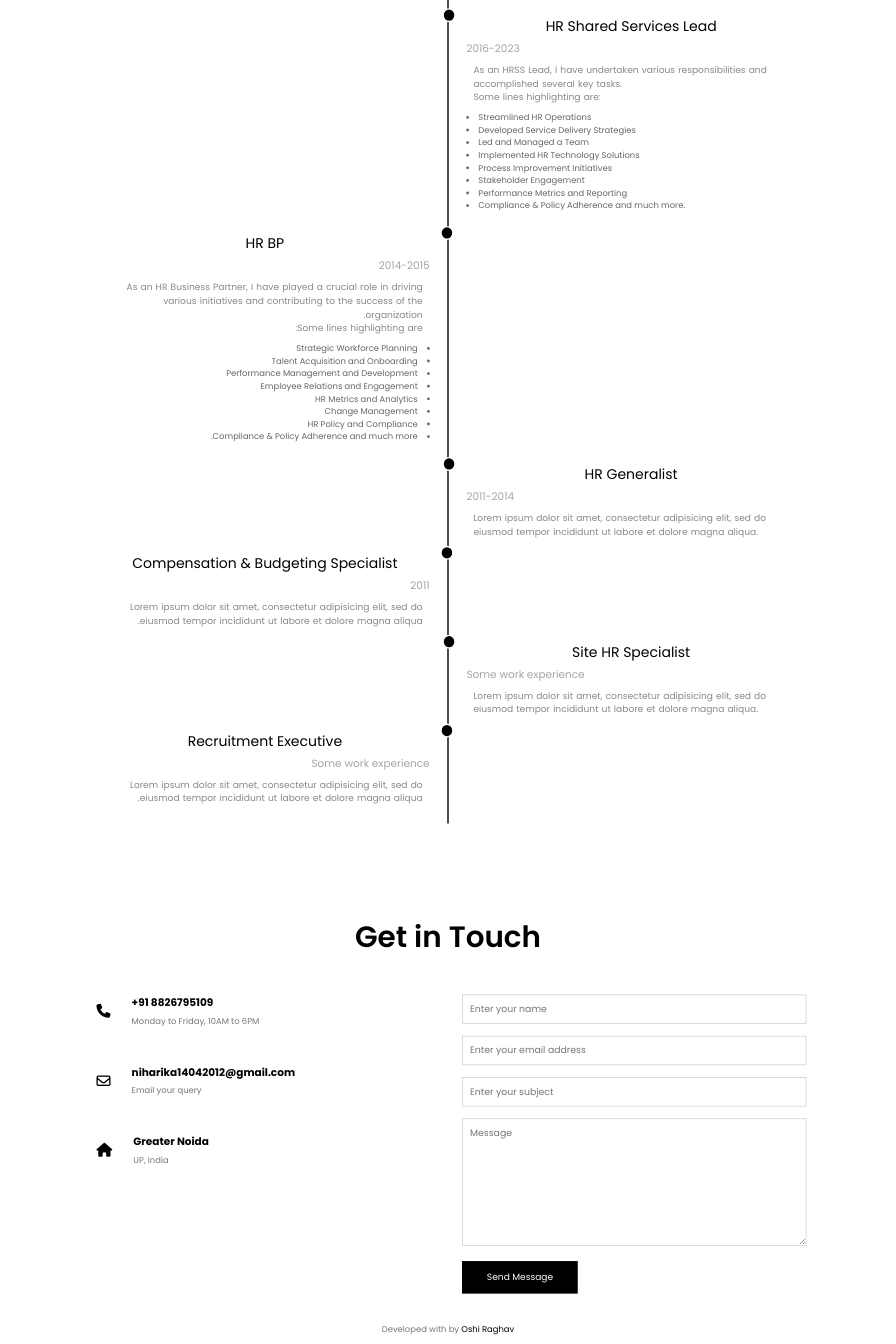
Repository: xoshiraghavx/Niharika-portfolio
Page: index.html
An editor plug-in stored every save of this project. The page is shown before and after the next save, followed by the edit.
The browser window is 1280 px wide. The pictures show the part of the page from y = 1514 to 3434 px (the page is 3434 px tall before and 3416 px after), at 70% of full size.
Some web libraries are served in a nearby version.

Above is the page before, as saved 2023-06-16 10:45:20.

### index.html
<!DOCTYPE html>
<html lang="en">
<head>
    <meta charset="UTF-8">
    <meta http-equiv="X-UA-Compatible" content="IE=edge">
    <meta name="viewport" content="width=device-width, initial-scale=1.0">
    <title>Niharika Singh | Portfolio</title>
    <link rel="stylesheet" href="../css/index.css">
    <link rel="preconnect" href="https://fonts.googleapis.com">
<link rel="preconnect" href="https://fonts.gstatic.com" crossorigin>
<link href="https://fonts.googleapis.com/css2?family=Poppins:wght@100;200;300;400;600;700&family=Righteous&display=swap" rel="stylesheet">
<link rel="stylesheet" href="https://stackpath.bootstrapcdn.com/font-awesome/4.7.0/css/font-awesome.min.css">
<link rel="stylesheet" href="./css/particle.css">
<link href="https://unpkg.com/aos@2.3.1/dist/aos.css" rel="stylesheet">
<link rel="icon" href="./img/image.jpg">

</head>
<body>
    <section class="header" id="head">
        <div id="particles-js">
        <nav>
            <div class="logo">
                <h2>NS</h2>
            </div>
            <div class="nav-links" id="navLinks">
                <i class="fa fa-times" onclick="hideMenu()"></i>
                <ul>
                    <li><a href="#head">HOME</a></li>
                    <li><a href="#about">ABOUT</a></li>
                    <li><a href="#work">WORK</a></li>
                    <li><a href="#contact">CONTACT</a></li>
                </ul>
            </div>
            <div class="social">
                    <div><a href="https://www.linkedin.com/in/niharika-singh-54130b13/" target="_blank"><i class="fa-brands fa-linkedin"></i></a></div>
                    <div><a href="https://www.facebook.com/people/Niharika-Singh/pfbid0zDJLjq1fehJWAvFLc7zkpJ6FsEs1uDxExLjwh94ZH389RFf4Q5YAZHgxJCLQanLsl/" target="_blank"><i class="fa-brands fa-facebook"></i></a></div>
                    <div><a href="https://www.instagram.com/niharika14042012/" target="_blank"><i class="fa-brands fa-instagram"></i></a></div>
            </div>
        </nav>

        <div id="home"data-aos="zoom-in" data-aos-duration="1000">
            <div class="img">
                <p style="color: #c5c1c1; font-weight: 600;">Hello, I'm</p>
            </div>
            <h1 class="hh1">NIHARIKA SINGH</h1>
            <div class="p1"data-aos="fade-in" data-aos-delay="1300"data-aos-duration="1000">
                <p>As an HR professional, I nurture a harmonious and productive workforce.</p>
            </div>
            <div class="container">
                <a href="#about">
                <div class="field" >
                    <div class="mouse"></div>
                </div>
            </a>
            </div>
    </div>
    </section>

<!-- ---------About----------------- -->
<section class="about-us" id="about">
    <div class="row1">
        <div class="about-col">
            <h1>About me</h1>
            <p>Lorem ipsum dolor sit amet consectetur adipisicing elit. Voluptates unde necessitatibus consectetur aut, quisquam at, dolorem, deleniti deserunt a error officia? Quas, quos. Nemo assumenda fugiat dolore ad illo soluta.Lorem ipsum dolor sit amet consectetur adipisicing elit. Voluptates unde necessitatibus consectetur aut, quisquam at, dolorem, deleniti deserunt a error officia? Quas, quos. Nemo assumenda fugiat dolore</p>
        </div>
    </div>
    <div class="bar">
        <div class="count">
            <div class="exp">
                <h1>17+</h1>
            </div>
            <div class="exp_name">
                <h4>Years</h4>
            </div>
        </div>
        <div class="count">
            <div class="exp">
                <h1>5</h1>
            </div>
            <div class="exp_name">
                <h4>Domain of HR</h4>
            </div>
        </div>
        <div class="count">
            <div class="exp">
                <h1>2</h1>
            </div>
            <div class="exp_name">
                <h4>Green Field Project </h4>
            </div>
        </div>
        <div class="count">
            <div class="exp">
                <h1>10+</h1>
            </div>
            <div class="exp_name">
                <h4>Processes </h4>
            </div>
        </div>
    </div>
    <div class="skills">
        <ul>
            <li>HR Shared Services setup</li>
            <li>Expat Management</li>
            <li>Global Center Setup</li>
        </ul>
        <ul>
            <li>HR Transformation & Digitization</li>
            <li>ERP enablement & Integration</li>
            <li>Process Simplification</li>
        </ul>
    </div>
    <div class="cv">
        <button><a href="./img/CV-Niharika Singh.pdf">Download CV </a><i class="fa fa-download"></i></button>
    </div>
</section>
<!-- ------------Timeline------------- -->
<section id="work">
    <h1>Work Experience</h1>
    <div class="timeline">
            <div class="timeline-block timeline-block-right">
               <div class="marker"></div>
               <div class="timeline-content">
                  <h3>HR Shared Services Lead </h3>
                  <span>2016-2023</span>
                  <p>As an HRSS Lead, I have undertaken various responsibilities and accomplished several key tasks.
                    <br>Some lines highlighting are:
                    <li>Streamlined HR Operations</li>
                    <li>Developed Service Delivery Strategies</li>
                    <li>Led and Managed a Team</li>
                    <li>Implemented HR Technology Solutions</li>
                    <li>Process Improvement Initiatives</li>
                    <li>Stakeholder Engagement</li>
                    <li>Performance Metrics and Reporting</li>
                    <li>Compliance & Policy Adherence and much more.</li>  </p>
               </div>
            </div>
            <div class="timeline-block timeline-block-left">
               <div class="marker"></div>
               <div class="timeline-content">
                  <h3>HR BP</h3>
                  <span>2014-2015</span>
                  <p>As an HR Business Partner, I have played a crucial role in driving various initiatives and contributing to the success of the organization.
                    <br>Some lines highlighting are:
                    <li>Strategic Workforce Planning</li>
                    <li>Talent Acquisition and Onboarding</li>
                    <li>Performance Management and Development</li>
                    <li>Employee Relations and Engagement</li>
                    <li>HR Metrics and Analytics</li>
                    <li>Change Management</li>
                    <li>HR Policy and Compliance</li>
                    <li>Compliance & Policy Adherence and much more.</li>  </p>
               </div>
            </div>
            <div class="timeline-block timeline-block-right">
                <div class="marker"></div>
                <div class="timeline-content">
                   <h3>HR Generalist</h3>
                   <span>2011-2014</span>
                   <p>Lorem ipsum dolor sit amet, consectetur adipisicing elit, sed do eiusmod tempor incididunt ut labore et dolore magna aliqua.</p>
                </div>
             </div>
            <div class="timeline-block timeline-block-left">
               <div class="marker"></div>
               <div class="timeline-content">
                  <h3>Compensation & Budgeting Specialist </h3>
                  <span>2011</span>
                  <p>Lorem ipsum dolor sit amet, consectetur adipisicing elit, sed do eiusmod tempor incididunt ut labore et dolore magna aliqua.</p>
               </div>
            </div>

            <div class="timeline-block timeline-block-right">
               <div class="marker"></div>
               <div class="timeline-content">
                  <h3>Site HR Specialist </h3>
                  <span>Some work experience</span>
                  <p>Lorem ipsum dolor sit amet, consectetur adipisicing elit, sed do eiusmod tempor incididunt ut labore et dolore magna aliqua.</p>
               </div>
            </div>

            <div class="timeline-block timeline-block-left">
               <div class="marker"></div>
               <div class="timeline-content">
                  <h3>Recruitment Executive </h3>
                  <span>Some work experience</span>
                  <p>Lorem ipsum dolor sit amet, consectetur adipisicing elit, sed do eiusmod tempor incididunt ut labore et dolore magna aliqua.</p>
               </div>
            </div>
    </div>
</section>
<section class="contact-us" id="contact">
    <h1>Get in Touch
    </h1>
    <div class="row">
        <div class="contact-col">
            <div>
                 <i class="fa fa-phone"></i>
                 <span>
                     <h5><a href="tel: +918178788527">+91 8826795109</a></h5>
                     <p>Monday to Friday, 10AM to 6PM</p>
                 </span>
            </div>
            <div>
                 <i class="fa fa-envelope-o"></i>
                 <span>
                     <h5><a href="mailto: niharika14042012@gmail.com ">niharika14042012@gmail.com</a></h5>
                     <p>Email your query</p>
                 </span>
            </div>
            <div>
                <i class="fa fa-home"></i>
                <span>
                    <h5><a href="https://www.google.com/maps/place/Greater+Noida,+Uttar+Pradesh/@28.4985622,77.3511809,11z/data=!3m1!4b1!4m6!3m5!1s0x390cea64b8f89aef:0xec0ccabb5317962e!8m2!3d28.4743879!4d77.5039904!16zL20vMGN3OXEy?entry=ttu" target="_blank">Greater Noida</a></h5>
                    <p>UP, India</p>
                </span>
           </div>
        </div>
        <div class="contact-col">
            <form action="https://formcarry.com/s/P6GKrEghsf" method="POST" accept-charset="UTF-8">
                <input type="text" name="name" placeholder="Enter your name" required>
                <input type="email" name="email" placeholder="Enter your email address" required>
                <input type="text" name="subject" placeholder="Enter your subject" required>
                <textarea rows="8" name="message" placeholder="Message" required></textarea>
                <button type="submit" class="hero-btn">Send Message</button>
            </form>
        </div>
    </div>
</section>
<!-- --------footer--------- -->
<section class="footer">
    <p style="text-align: center;">Developed with by <a href="https://www.linkedin.com/in/oshiraghav/" target="_blank">Oshi Raghav</a></p>
</section>

<!-- ---------------javascript----------------->
    	<script src=
		"particles.js-master/particles.js">
	</script>
	<script src=
		"/particles.js-master/demo/js/app.js">
	</script>
     <script src="https://unpkg.com/aos@2.3.1/dist/aos.js"></script>
    <script>
     AOS.init();
    </script>
    <script src="https://kit.fontawesome.com/b6191824ce.js" crossorigin="anonymous"></script>
</body>
</html>

### css/index.css
*{
    margin: 0;
    padding: 0;
    font-family: 'poppins', sans-serif;
    scroll-behavior: smooth;
}
.header{
    min-height: 100vh;
    width: 100%;
}
h3{
    color: #000;
}
nav{
    display: flex;
    padding: 1rem 0rem;
    background: #ffffff;
    justify-content: space-around;
    align-items: center;
    position: fixed;
    width: 100%;
    backdrop-filter: blur(3px);
    z-index: 2;
}
.logo{
    background: #000;
    color: #ffffff;
    border-radius: 100%;
    padding: 5pt 6pt;
}
.nav-links ul li{
    list-style: none;
    display: inline-block;
    padding: 8px 12px;
    position: relative;
}
.nav-links ul li a{
    color: #000000;
    text-decoration: none;
    font-size: 13px;
}
.nav-links ul li::after{
    content: '';
    width: 0%;
    height: 2px;
    background: #000000;
    display: block;
    margin: auto;
    transition: 0.5s;
}
.nav-links ul li:hover::after{
    width: 100%;
}
.social{
    display: grid;
    grid-template-columns: auto auto auto auto;
    column-gap: 15px;
    font-size: 1.2rem;
    color: #000000;
}
.social a{
    color: #000;
}
.social:hover{
    cursor: pointer;
}
#home{
    position: absolute;
    text-align: center;
    width: 100%;
    margin-top: 250px;
    color: #ffffff;
}
.hh1{
    font-size: 4em;
}
#home p{
    padding-top: .5rem;
    font-size: 1rem;
    color: #c5c1c1;
}
.container {
	width: 100%;
	height: 100%;
	display: flex;
	align-items: center;
	justify-content: center;
    padding-top: 10rem;
}
.field:hover{
    cursor: pointer;
}

.field {
	display: flex;
	align-items: center;
	justify-content: space-around;
}

.mouse {
	width: 30px;
	height: 50px;
	border: 3px solid #ffffff;
	border-radius: 60px;
	position: relative;
	&::before {
		content: '';
		width: 8px;
		height: 8px;
		position: absolute;
		top: 10px;
		left: 50%;
		transform: translateX(-50%);
		background-color: #ffffff;
		border-radius: 50%;
		opacity: 1;
		animation: wheel 2s infinite;
		-webkit-animation: wheel 2s infinite;
	}
}
@keyframes wheel {
	to {
		opacity: 0;
		top: 30px;
	}
}

@-webkit-keyframes wheel {
	to {
		opacity: 0;
		top: 60px;
	}
}
nav .fa{
    display: none;
}
.hero-btn{
    display: inline-block;
    text-decoration: none;
    color: #fff;
    border: 1px solid #000000;
    padding: 12px 34px;
    font-size: 13px;
    background-color: #000;
    position: relative;
    cursor: pointer;
}
.hero-btn:hover{
    border: 1px solid #000000;
    background: #fff;
    color: #000;
    transition: 1s;
}
@media(max-width: 700px){
    .nav-links{
        display: none;
    }
}
.course{
    width: 80%;
    margin: auto;
    text-align: center;
    padding-top: 80px;
}
h1{
    font-size: 36px;
    font-weight: 600;
    text-align: center;
}
p{
    color: #777;
    font-size: 300;
    line-height: 22px;
    padding: 10px;
}
.row{
    margin-top: 5%;
    display: flex;
    justify-content: space-between;
}
.course-col{
    flex-basis: 31%;
    background: #fff3f3;
    border-radius: 10px;
    margin-bottom: 5%;
    padding: 20px 12px;
    box-sizing: border-box;
    transition: 0.5s;
}
h3{
    text-align: center;
    font-weight: 600;
    margin: 10px 0px;
}
.course-col:hover{
    box-shadow: rgba(241, 128, 128, 0.25) 0px 54px 55px, rgba(233, 177, 177, 0.12) 0px -12px 30px, rgba(238, 209, 209, 0.12) 0px 4px 6px, rgba(230, 100, 100, 0.17) 0px 12px 13px, rgba(250, 27, 27, 0.09) 0px -3px 5px;
}
@media(max-width: 700px){
    .row{
        flex-direction: column;
    }
}
/*  --------facilities--------*/
 .timeline {
    width: 80%;
    padding: 1rem 0;
    margin: 50px auto;
    position: relative;
    overflow: hidden;
 }
 .timeline:before {
    content: '';
    position: absolute;
    top: 0;
    left: 50%;
    margin-left: -1px;
    width: 2px;
    height: 100%;
    background: #000000;
    z-index: 1
 }
 .timeline-block {
    width: -webkit-calc(50% + 8px);
    width: -moz-calc(50% + 8px);
    width: calc(50% + 8px);
    display: -webkit-box;
    display: -webkit-flex;
    display: -moz-box;
    display: flex;
    -webkit-box-pack: justify;
    -webkit-justify-content: space-between;
    -moz-box-pack: justify;
    justify-content: space-between;
    clear: both;
 }
 .timeline-block-right {
    float: right;
 }
 .timeline-block-left {
    float: left;
    direction: rtl
 }
 .marker {
    width: 16px;
    height: 16px;
    border-radius: 50%;
    border: 2px solid #ffffff;
    background: #000000;
    z-index: 1
 }

 .timeline-content {
    width: 95%;
    padding: 0 15px;
    color: #666
 }

 .timeline-content h3 {
    margin-bottom: 5px;
    font-size: 20px;
    font-weight: 500
 }

 .timeline-content span {
    font-size: 15px;
    color: #a4a4a4;
 }

 .timeline-content p {
    font-size: 13px;
    line-height: 1.5em;
    word-spacing: 1px;
    color: #888;
 }


 @media screen and (max-width: 768px) {
    /* .container:before {
       left: 8px;
       width: 2px;
    }
    .timeline-block {
       width: 100%;
       margin-bottom: 30px;
    }
    .timeline-block-right {
       float: none;
    }

    .timeline-block-left {
       float: none;
       direction: ltr;
    } */
 }

/* -------about us page------- */
.about-us{
    width: 50%;
    margin: auto;
    padding-top: 100px;
    padding-bottom: 100px;
}
.about-col{
    flex-basis: 48%;
    text-align: center;
    padding: 10px 2px;
}
.about-col p{
    padding: 15px 0 25px;
}
.about-col h1{
    font-size: 4em;
}
.bar{
    display: flex;
    justify-content: space-between;
    text-align: center;
}
.count{
    display: grid;
    /* flex-direction: column;
    justify-content: center; */
}
.skills{
    display: flex;
    justify-content: space-around;
    padding-top: 3rem;
}
.cv{
    display: flex;
    justify-content: center;
    padding-top: 3rem;
}
.cv button{
    background-color: transparent;
    border: none;
}
.cv button a{
    text-decoration: none;
    color: #5d5c5c;
    font-weight: 600;
}
.cv .fa{
    color: #5d5c5c;
}
.cv :hover{
    color: #000000;
    cursor: pointer;
}
@media(max-width: 700px){
    .about-us{
        width: 90%;
        margin-top: -15%;
    }
    .about-col h1{
        font-size: 3em;
    }
    .bar{
        display: grid;
        grid-template-columns: 1fr 1fr;
    }
    .skills{
        display: grid;
        padding-left: 10%;
    }
    .cv button{
        font-size: 1rem;
        margin-top: -5%;
    }
}
/* ----contact us----- */
.location{
    width: 80%;
    margin: auto;
    padding: 80px 0;
}
.location iframe{
    width: 100%;
}
.contact-us{
    width: 80%;
    margin: auto;
    padding-top: 80px;
}
.contact-us h1{
    font-size: 3.5em;
}
.contact-col{
    flex-basis: 48%;
    margin-bottom: 30px;
}
.contact-col div{
    display: flex;
    align-items: center;
    margin-bottom: 50px;
}
.contact-col div .fa{
    font-size: 20px;
    color: #000000;
    margin: 10px;
    margin-right: 30px;
}
.contact-col a{
    text-decoration: none;
    color: #000;
}
.contact-col div p{
    padding: 0;
}
.contact-col div h5{
    font-size: 15px;
    margin-bottom: 4px;
    color: #000000;
    font-weight: bold;
}
.contact-col input, .contact-col textarea{
    width: 100%;
    padding: 10px;
    margin-bottom: 17px;
    outline: none;
    border: 1px solid #ccc;
    box-sizing:border-box ;
}

.footer a{
    text-decoration: none;
    color: #000000;
}
@media(max-width: 700px){
    .contact-col div{
        margin-bottom: 20px;
    }
    .contact-col{
        margin-bottom: 10px;
    }
}

### css/particle.css
/* ---- reset ---- */

body {
    margin: 0;
    font:normal 75% Arial, Helvetica, sans-serif;
  }

  canvas {
    display: block;
    vertical-align: bottom;
  }

  /* ---- particles.js container ---- */

  #particles-js {
    position: absolute;
    width: 100%;
    height: 100vh;
    background-color: #000000;
  }

  /* ---- stats.js ---- */

  .count-particles{
    background: #ff0000;
    position: absolute;
    top: 48px;
    left: 0;
    width: 80px;
    color: #13E8E9;
    font-size: .8em;
    text-align: left;
    text-indent: 4px;
    line-height: 14px;
    padding-bottom: 2px;
    font-family: Helvetica, Arial, sans-serif;
    font-weight: bold;
  }

  .js-count-particles{
    font-size: 1.1em;
  }

  #stats,
  .count-particles{
    -webkit-user-select: none;
  }

  #stats{
    border-radius: 3px 3px 0 0;
    overflow: hidden;
  }

  .count-particles{
    border-radius: 0 0 3px 3px;
  }

### particles.js-master/demo/js/app.js
/* -----------------------------------------------
/* How to use? : Check the GitHub README
/* ----------------------------------------------- */

/* To load a config file (particles.json) you need to host this demo (MAMP/WAMP/local)... */
/*
particlesJS.load('particles-js', 'particles.json', function() {
  console.log('particles.js loaded - callback');
});
*/

/* Otherwise just put the config content (json): */

particlesJS('particles-js',

  {
    "particles": {
      "number": {
        "value": 80,
        "density": {
          "enable": true,
          "value_area": 800
        }
      },
      "color": {
        "value": "#ffffff"
      },
      "shape": {
        "type": "circle",
        "stroke": {
          "width": 0,
          "color": "#000000"
        },
        "polygon": {
          "nb_sides": 5
        },
        "image": {
          "src": "img/github.svg",
          "width": 100,
          "height": 100
        }
      },
      "opacity": {
        "value": 0.5,
        "random": false,
        "anim": {
          "enable": false,
          "speed": 1,
          "opacity_min": 0.1,
          "sync": false
        }
      },
      "size": {
        "value": 5,
        "random": true,
        "anim": {
          "enable": false,
          "speed": 40,
          "size_min": 0.1,
          "sync": false
        }
      },
      "line_linked": {
        "enable": true,
        "distance": 150,
        "color": "#ffffff",
        "opacity": 0.4,
        "width": 1
      },
      "move": {
        "enable": true,
        "speed": 6,
        "direction": "none",
        "random": false,
        "straight": false,
        "out_mode": "out",
        "attract": {
          "enable": false,
          "rotateX": 600,
          "rotateY": 1200
        }
      }
    },
    "interactivity": {
      "detect_on": "canvas",
      "events": {
        "onhover": {
          "enable": true,
          "mode": "repulse"
        },
        "onclick": {
          "enable": true,
          "mode": "push"
        },
        "resize": true
      },
      "modes": {
        "grab": {
          "distance": 400,
          "line_linked": {
            "opacity": 1
          }
        },
        "bubble": {
          "distance": 400,
          "size": 40,
          "duration": 2,
          "opacity": 8,
          "speed": 3
        },
        "repulse": {
          "distance": 200
        },
        "push": {
          "particles_nb": 4
        },
        "remove": {
          "particles_nb": 2
        }
      }
    },
    "retina_detect": true,
    "config_demo": {
      "hide_card": false,
      "background_color": "#b61924",
      "background_image": "",
      "background_position": "50% 50%",
      "background_repeat": "no-repeat",
      "background_size": "cover"
    }
  }

);

Loaded but not shown: particles.js-master/particles.js (common file)

After the next save:
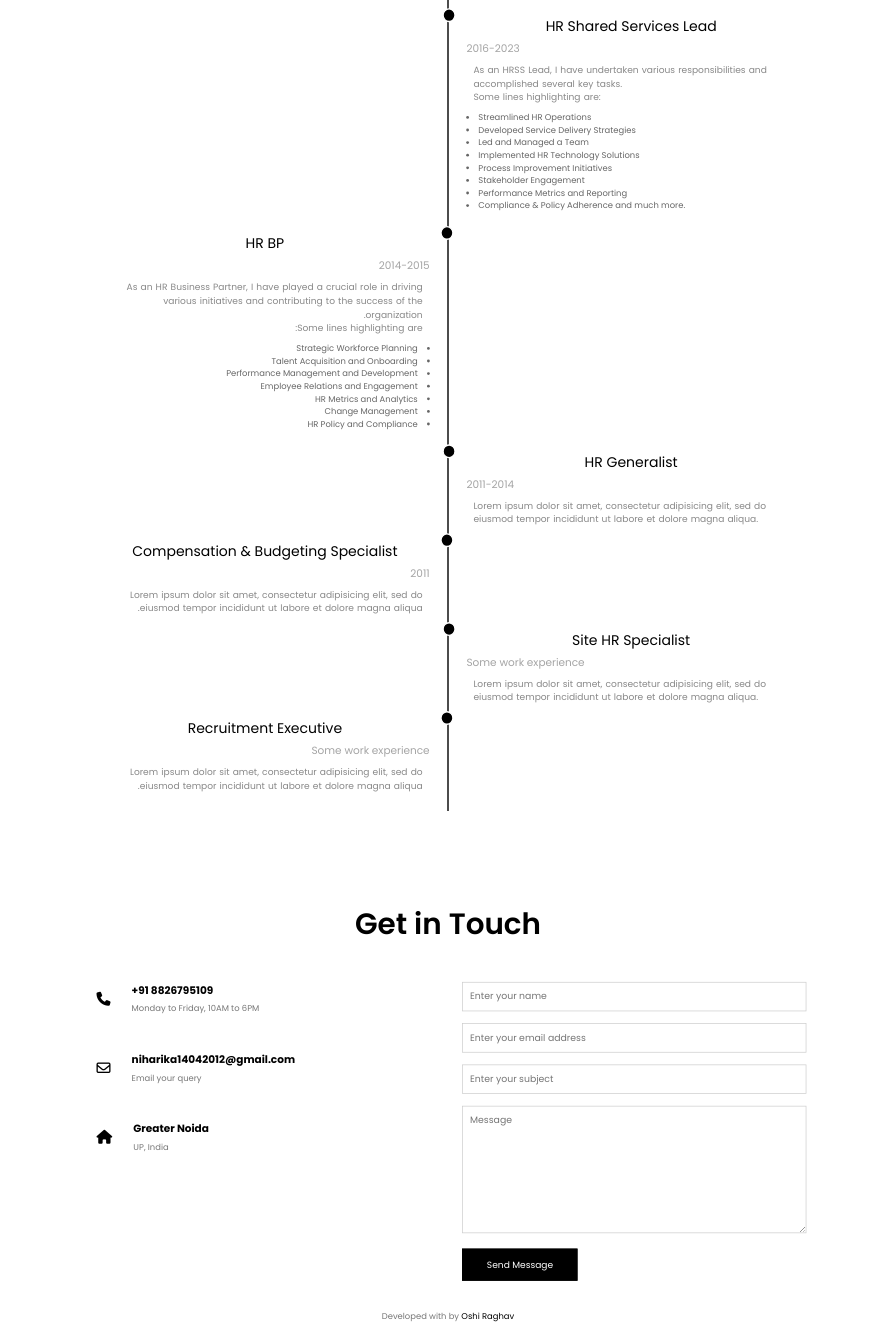
Saved 7 s later.
--- a/index.html
+++ b/index.html
@@ -148,8 +148,7 @@
                     <li>Employee Relations and Engagement</li>
                     <li>HR Metrics and Analytics</li>
                     <li>Change Management</li>
-                    <li>HR Policy and Compliance</li>
-                    <li>Compliance & Policy Adherence and much more.</li>  </p>
+                    <li>HR Policy and Compliance</li></p>
                </div>
             </div>
             <div class="timeline-block timeline-block-right">
